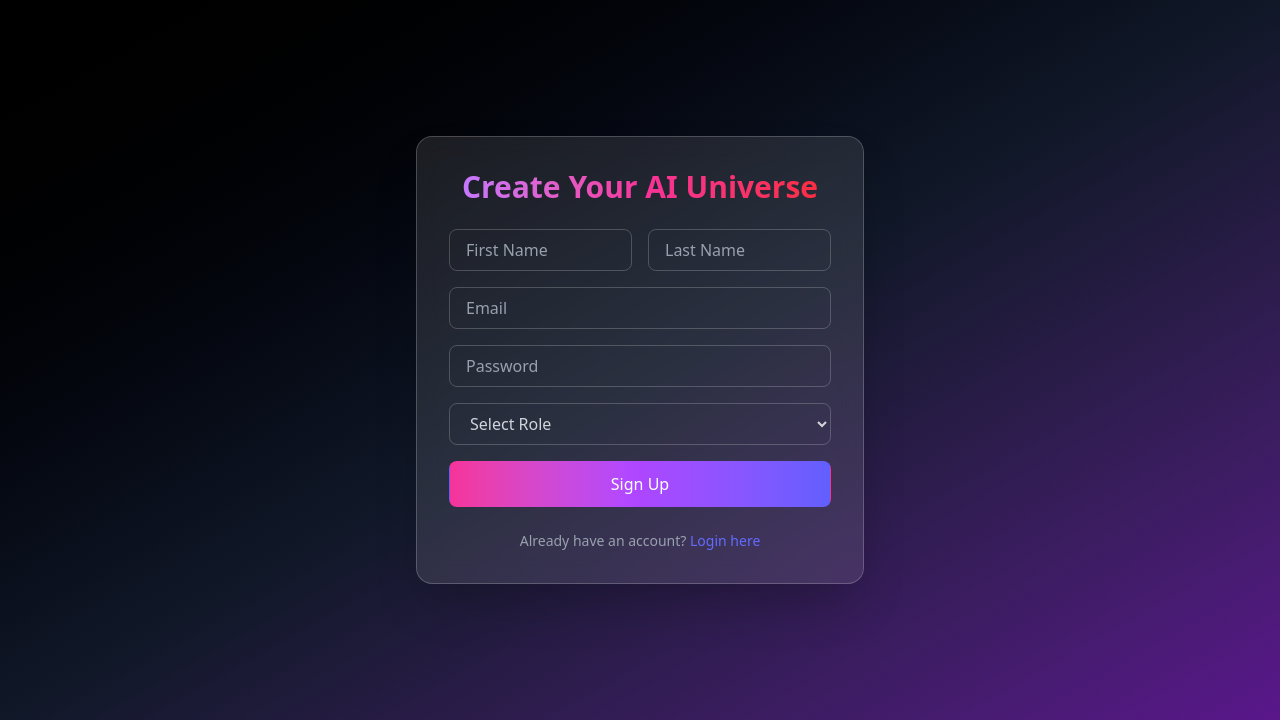
Repository: vartularora45/aiuniversebuilder
Page: /signup (app in frontend/)
An editor plug-in stored every save of this project. The page is shown before and after the next save, followed by the edit.
The browser window is 1280 px wide. The pictures show the whole page.
The project was rebuilt for these pictures with package versions that can differ from the ones it lists, and the page was loaded fresh each time. Also part of the build but not shown: frontend/vite.config.js, frontend/src/pages/LandingPage.jsx, frontend/src/pages/LoginPage.jsx.

Above is the page before, as saved 2025-08-02 21:30:33.

After the next save:
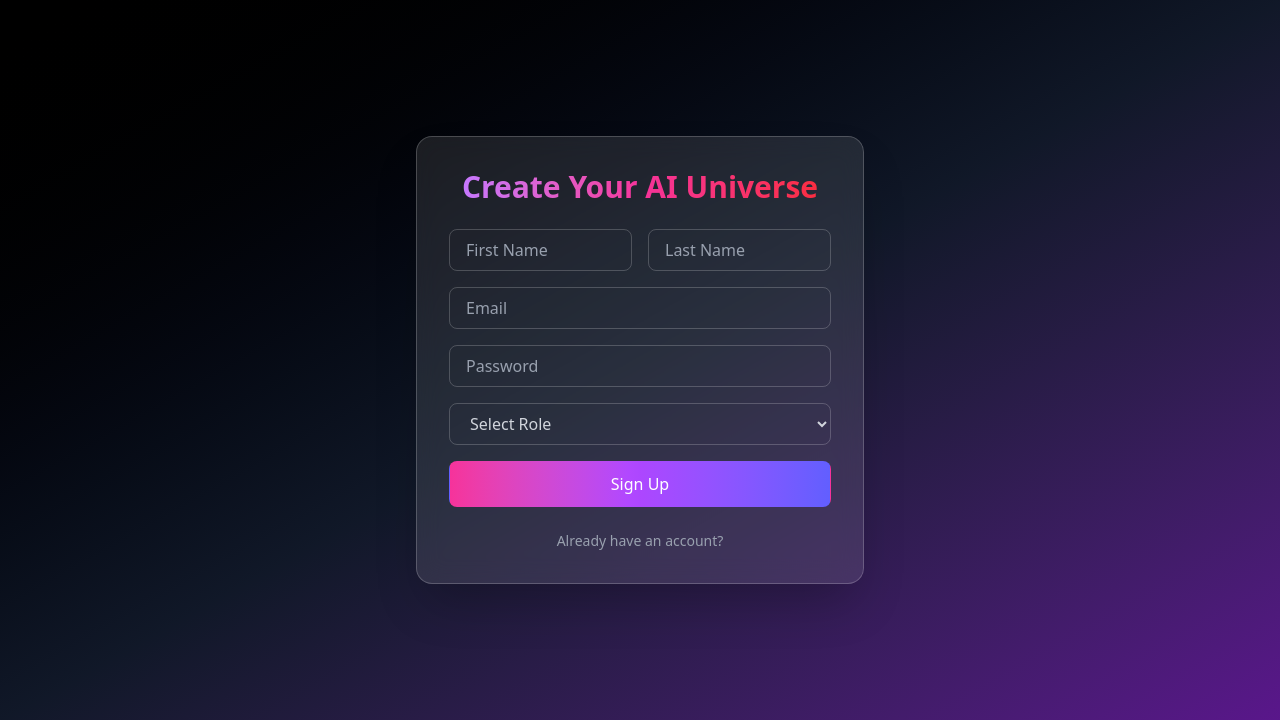
Saved 16 s later.
--- a/frontend/src/pages/SignupPage.jsx
+++ b/frontend/src/pages/SignupPage.jsx
@@ -55,9 +55,7 @@ const SignUpPage = () => {
 
         <p className="text-center mt-6 text-sm text-gray-400">
           Already have an account?{" "}
-          <a href="#" className="text-purple-400 hover:underline">
-            Login here
-          </a>
+
         </p>
       </div>
     </div>
